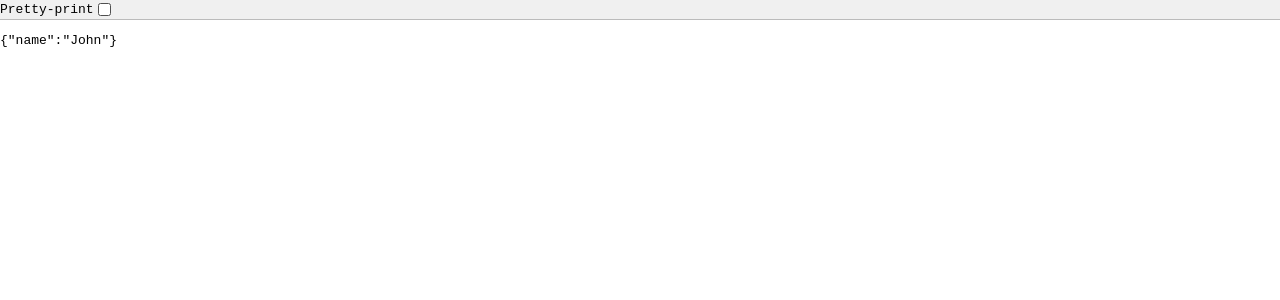
Repository: FS-23/smart-librairy
Page: http://localhost/books/list
These files come from the project's save history. The page is drawn as it stood at one moment and after the next save; the edit follows.
The browser window is 1280 px wide. The pictures show the whole page.
The page is served by the project's Laravel application, run on PHP 8.4 with Laravel 9. Other server files are loaded and not shown.

Above is the page before, as saved 2022-06-10 12:28:34.

### routes/web.php
<?php

use Illuminate\Support\Facades\Route;
use Illuminate\Http\Request;
use App\Http\Controllers\BookController;

/*
    |--------------------------------------------------------------------------
    | Web Routes
    |--------------------------------------------------------------------------
    |
    | Here is where you can register web routes for your application. These
    | routes are loaded by the RouteServiceProvider within a group which
    | contains the "web" middleware group. Now create something great!
    |
*/

Route::get('/', function () {
    return redirect('/books/list');
});
Route::get('/books/list' , [BookController::class , 'index']);
Route::get('/books/create',[BookController::class , 'create']);
Route::get('/books/update/{id}',[BookController::class , 'edit']);
Route::post('/books/store' , [BookController::class , 'store']);
Route::post('/books/update/{id}' , [BookController::class , 'update']);
Route::get('/books/detail/{id}' , [BookController::class, 'show']);
Route::get('/books/delete/{id}' , [BookController::class, 'destroy']);

Route::view('/file' , 'file');

Route::post('/file/store' , function(Request $request){
    //hasFile

    $file = $request -> file('myFile');

    // Storage::put('myfile.jpg', $file);
     $storeResult = $file->store('public/bookImages'); // file est le name de votre input dans file.blade.php
    // return $storeResult;

    $fileName = str_replace('public' , 'storage' , $storeResult);
     return  $fileName;
});

### app/Http/Controllers/BookController.php
<?php

namespace App\Http\Controllers;

use App\Models\Book;
use Illuminate\Http\Request;

class BookController extends Controller
{

    public function index()
    {
        $data = ['name' => "John"];
        return $data;
        return view('book.list', ['books' => Book::all()]);
    }

    public function create()
    {
        return view('book.create');
    }

    public function store(Request $request)
    {
        $data = $request -> all();
        $file = $request -> file('bookImage');
        $fileStoreResult = $file->store('/public/bookImages');
        $fileName = str_replace('public', 'storage' , $fileStoreResult);
        $date['image'] = $fileName;

        return $data;
        $createdBook = Book::create($data);
        return redirect('/books/list');
    }


    public function show($id)
    {
        return  view('book.detail' , ["book" => Book::find($id)]);
    }


    public function edit($id)
    {
        return view('book.update' , ["book" => Book::find($id)]);
    }


    public function update(Request $request, $id)
    {
        $book = Book::find($id);
        $book ->update($request->all());

        return redirect('/books/list');
        //
    }

    public function destroy($id)
    {
        Book::destroy($id);
        return redirect('/books/list');
    }
}

Loaded but not shown: app/Http/Controllers/Controller.php (common file)

After the next save:
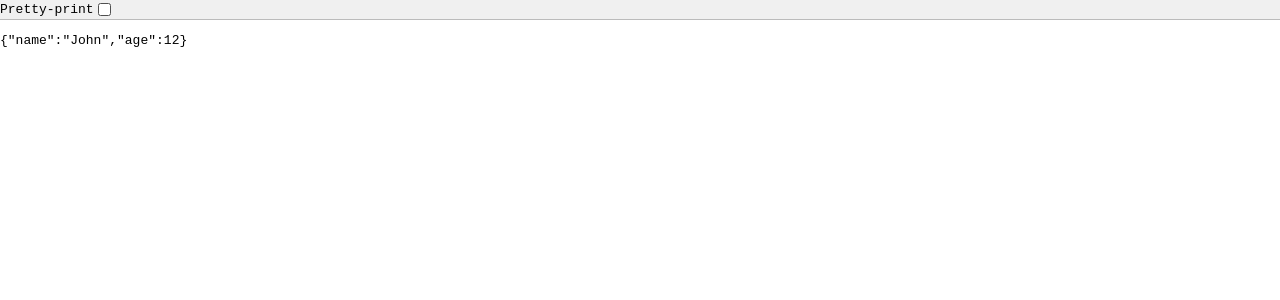
Saved 20 s later.
--- a/app/Http/Controllers/BookController.php
+++ b/app/Http/Controllers/BookController.php
@@ -11,6 +11,7 @@ class BookController extends Controller
     public function index()
     {
         $data = ['name' => "John"];
+        $data['age'] = 12;
         return $data;
         return view('book.list', ['books' => Book::all()]);
     }
